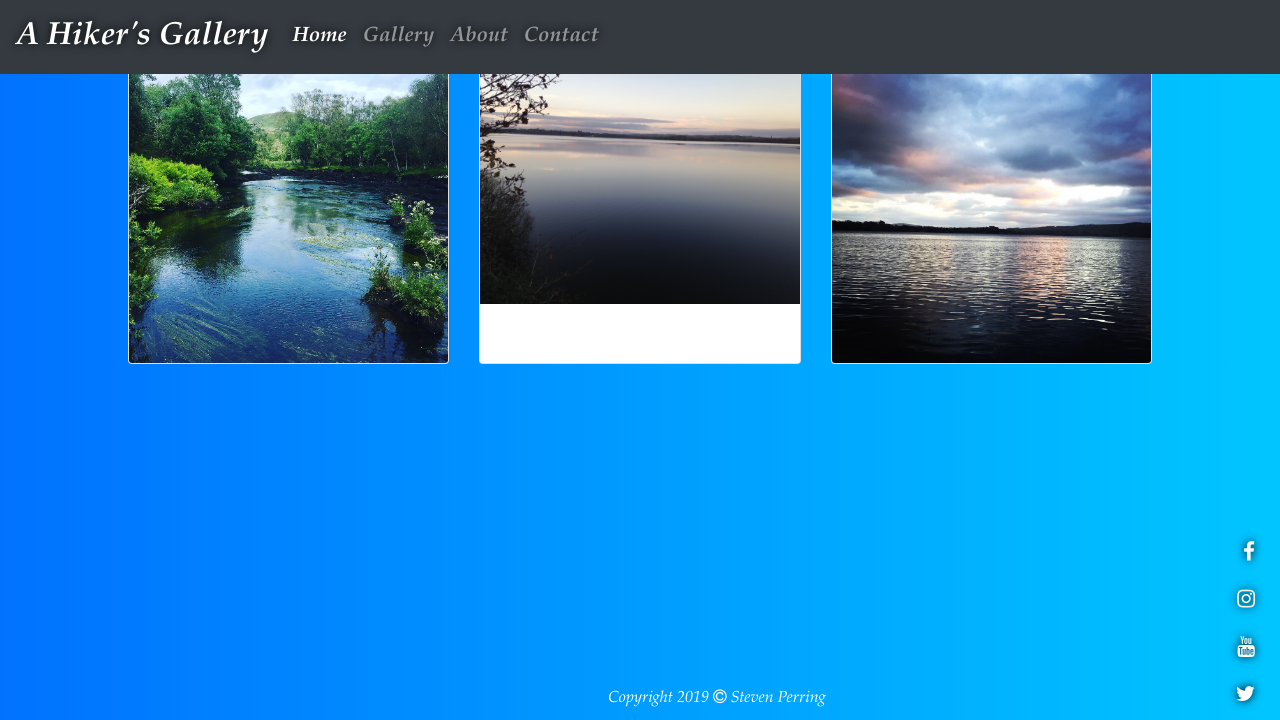
Repository: S-Perring/hiker
Page: gallery.html
The author's editor kept a record of every edit. The page is drawn from the files as they stood at one moment, then again after the next edit.
The browser window is 1280 px wide. The pictures show the whole page.
Some web fonts or font styles are not loaded; a fallback is used.

Above is the page before.

After the next edit:
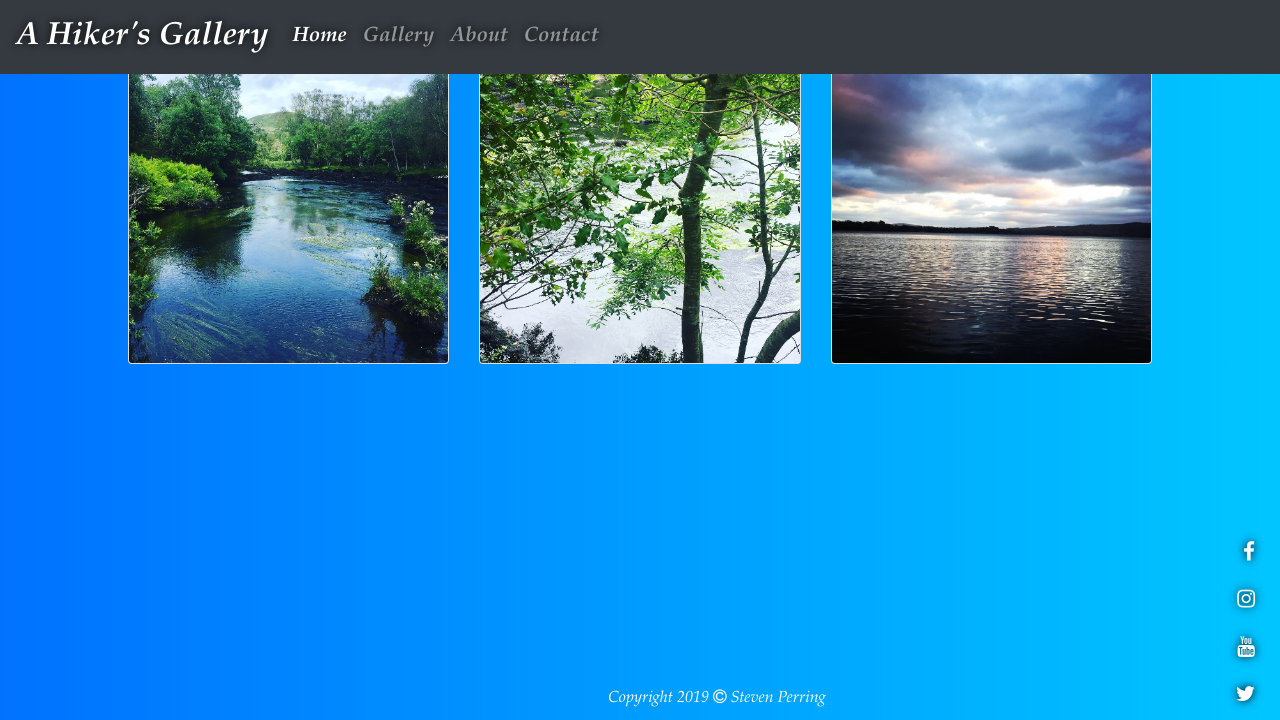
The edit:
--- a/gallery.html
+++ b/gallery.html
@@ -51,7 +51,7 @@
                         </div>
 
                     <div class="card">
-                        <img src="css/images/IMG_1263.JPG" class="card-img-top"
+                        <img src="css/images/2.JPG" class="card-img-top"
                             alt="Cliffs by the sea at sunset with a bright moon">
                         </div>
 
